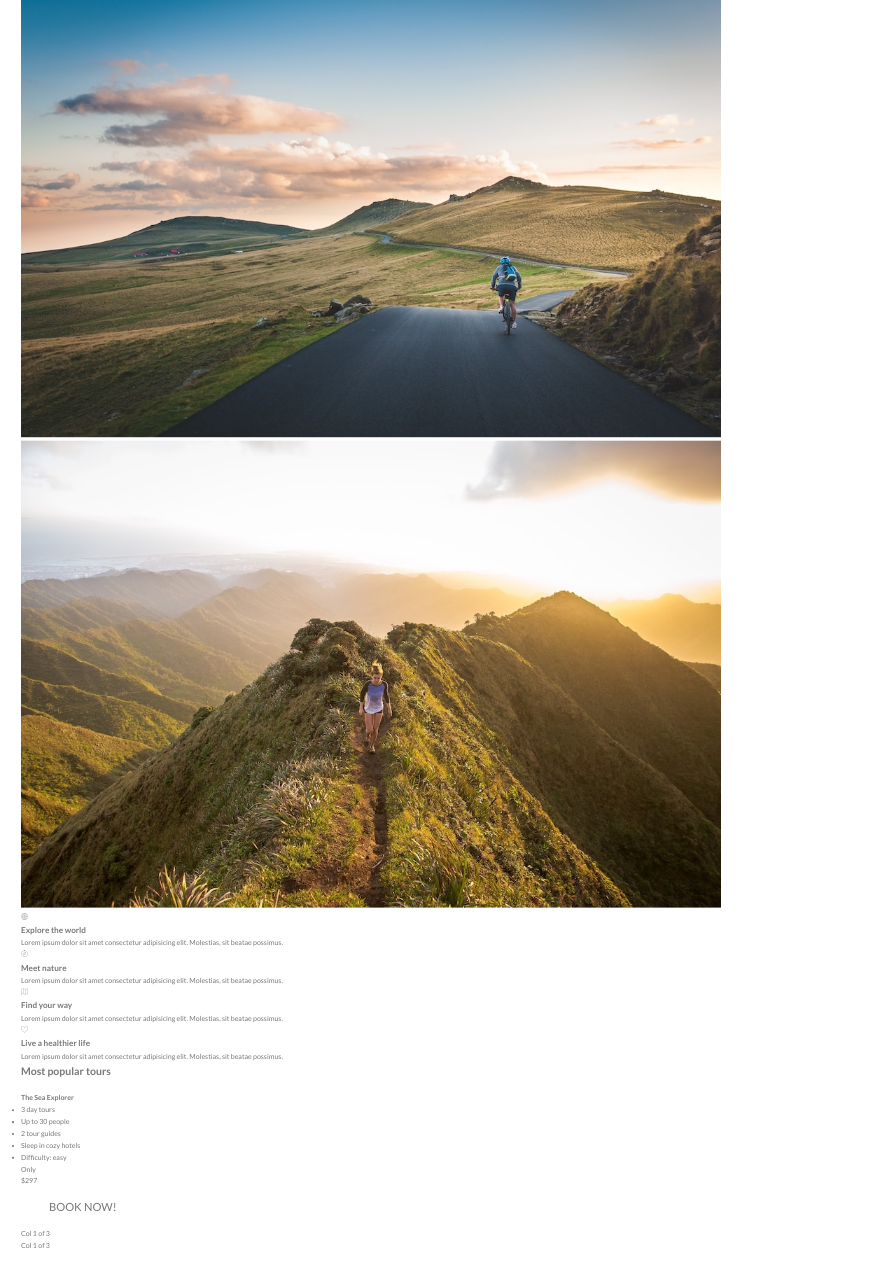
Repository: MalgorzataMazur/Natours
Page: index.html
The author's editor kept a copy of each file at every save. The page is drawn from the files as they stood at one save, then again after the next save.
The browser window is 1280 px wide. The pictures show the part of the page from y = 1541 to 3461 px (the page is 3359 px tall before and 3461 px after), at 70% of full size.
The style sheet was rebuilt from its Sass, Less or Tailwind sources for each picture, by a compiler version that may differ from the author's.

Above is the page before, as saved 2020-02-20 22:18:42.

After the next save:
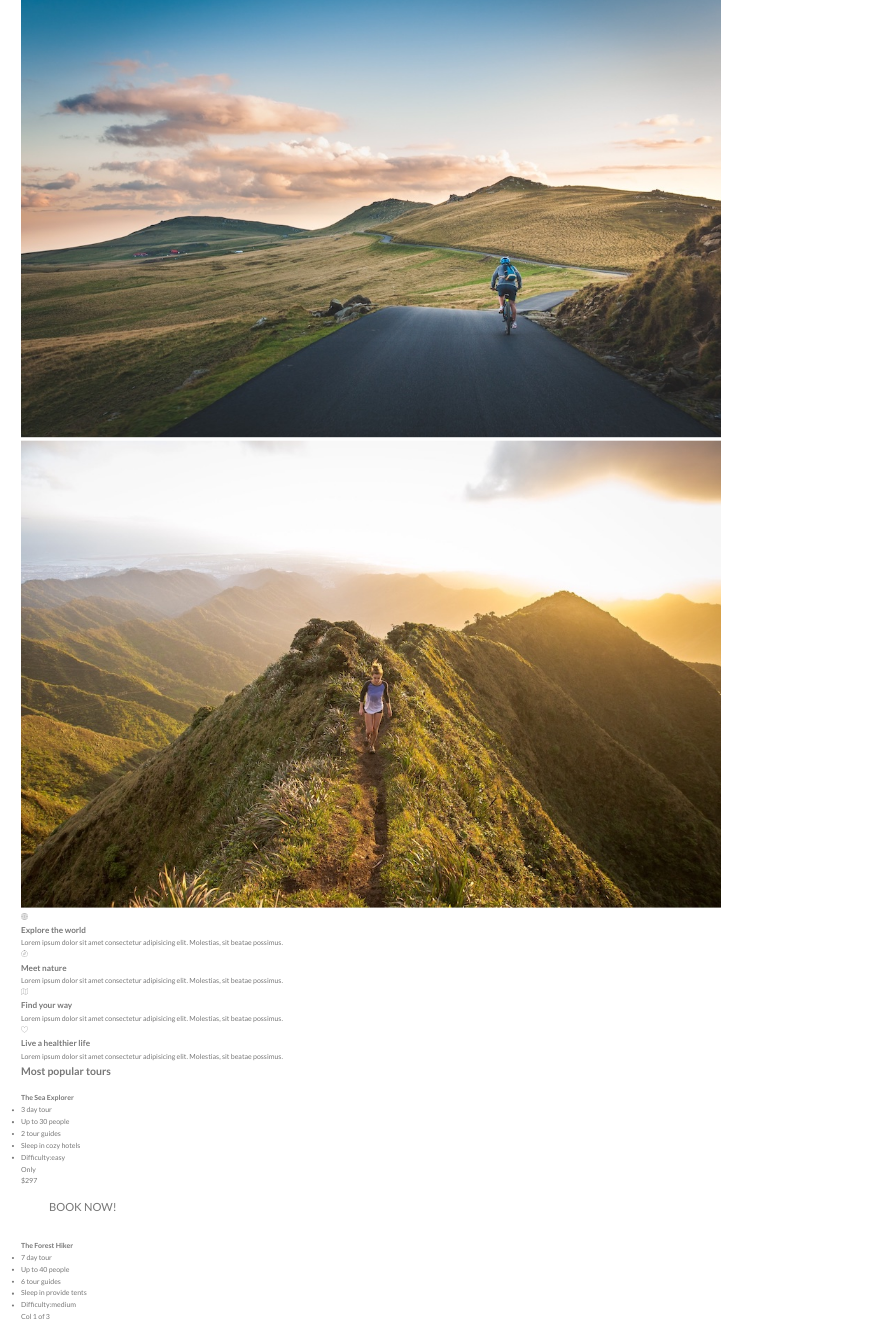
Saved 11 min 35 s later.
--- a/index.html
+++ b/index.html
@@ -131,11 +131,11 @@
                             </h4>
                             <div class="card__details">
                                 <ul>
-                                    <li>3 day tours</li>
+                                    <li>3 day tour</li>
                                     <li>Up to 30 people</li>
                                     <li>2 tour guides</li>
                                     <li>Sleep in cozy hotels</li>
-                                    <li>Difficulty: easy</li>
+                                    <li>Difficulty:easy</li>
                                 </ul>
                             </div>
                         </div>
@@ -150,12 +150,32 @@
                         </div>
                     </div>
                 </div>
+
+                <div class="col-1-of-3">
+                    <div class="card">
+                        <div class="card__side card__side--front"> <!--to distinguish front&back side  -->
+                            <div class="card__picture card__picture--2">
+                                &nbsp;   <!-- special symbol for space -->
+                            </div>
+                            <h4 class="card__heading">
+                                <span class="card__heading-span card__heading-span--2">  <!-- sth to wrap around the text card-->
+                                    The Forest Hiker
+                                </span>
+                            </h4>
+                            <div class="card__details">
+                                <ul>
+                                    <li>7 day tour</li>
+                                    <li>Up to 40 people</li>
+                                    <li>6 tour guides</li>
+                                    <li>Sleep in provide tents</li>
+                                    <li>Difficulty:medium</li>
+                                </ul>
+                            </div>
+                        </div>
+                </div>
                 <div class="col-1-of-3">
                     Col 1 of 3
                 </div>
-                <div class="col-1-of-3">
-                    Col 1 of 3
-                </div>
             </div>
 
         </section>
